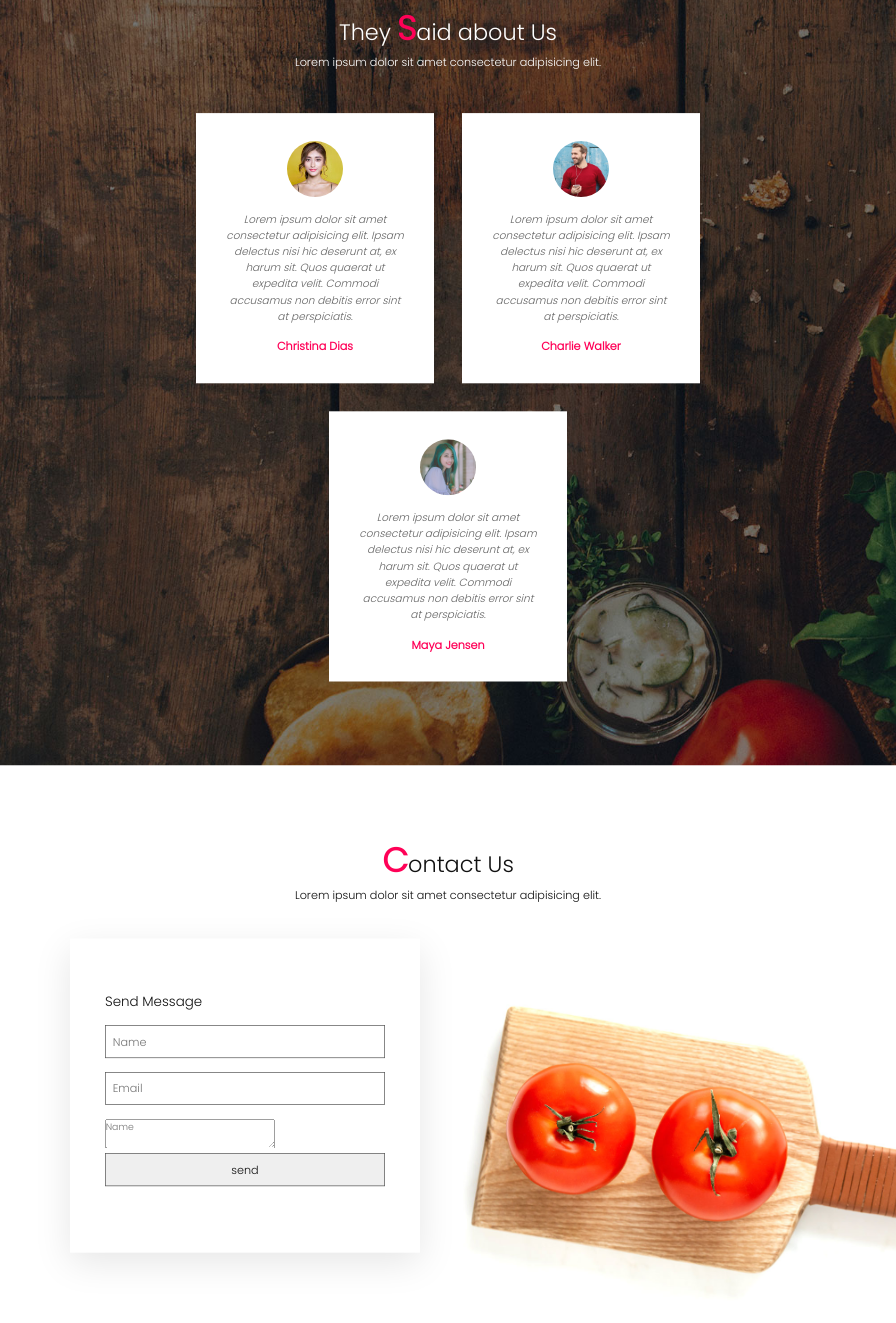
Repository: Adriandias1997/MobileFriendly_FoodWebsite
Page: index.html
The author's editor kept a copy of each file at every save. The page is drawn from the files as they stood at one save, then again after the next save.
The browser window is 1280 px wide. The pictures show the part of the page from y = 4121 to 6041 px (the page is 6011 px tall before and 6041 px after), at 70% of full size.

Above is the page before, as saved 2020-10-16 19:06:56.

After the next save:
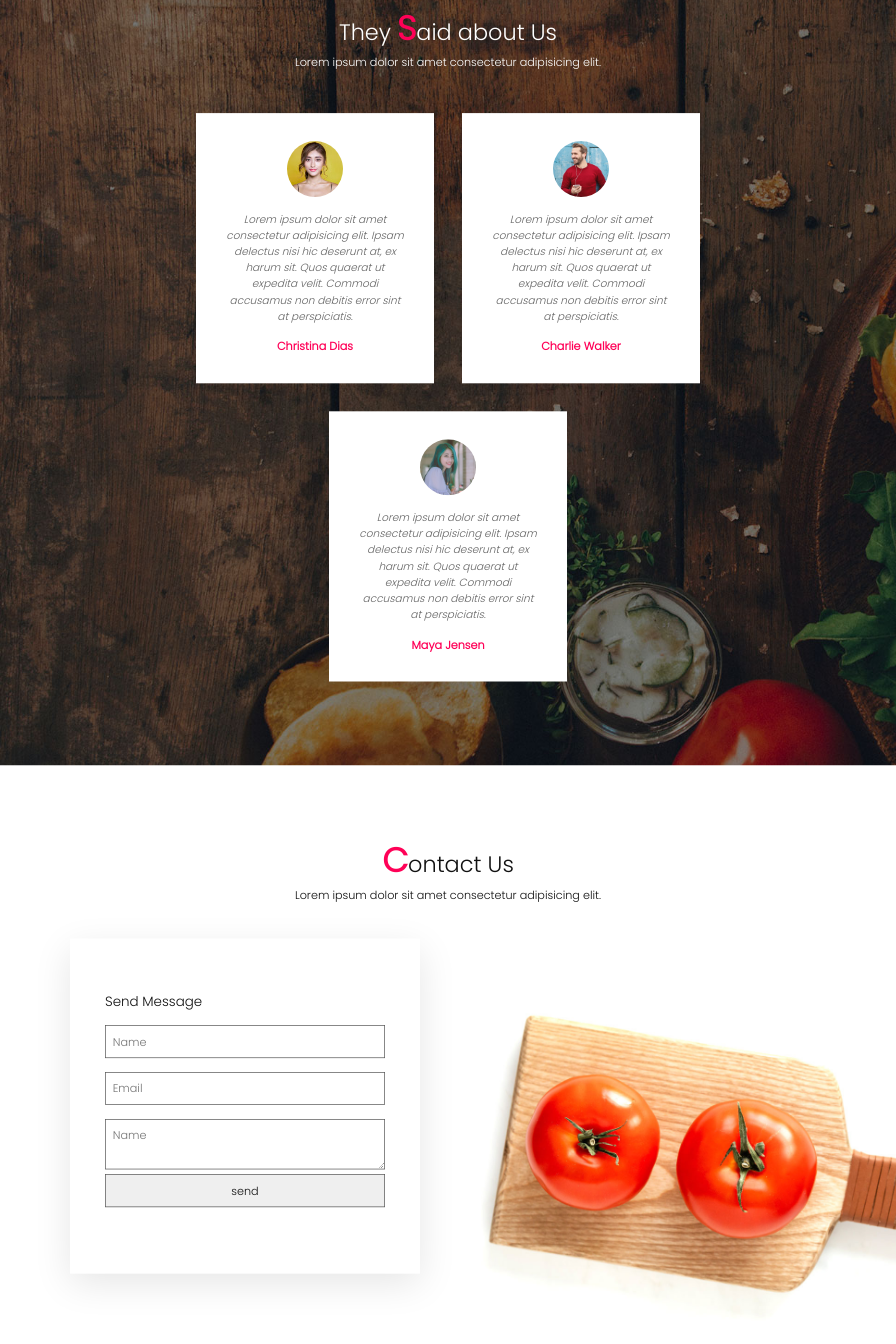
Saved 19 s later.
--- a/style.css
+++ b/style.css
@@ -337,7 +337,8 @@
             margin-bottom: 20px;
         }
 
-        .contactForm .inputBox input {
+        .contactForm .inputBox input,
+        .contactForm .inputBox textarea {
             width: 100%;
             border: 1px solid #555;
             padding: 10px;
